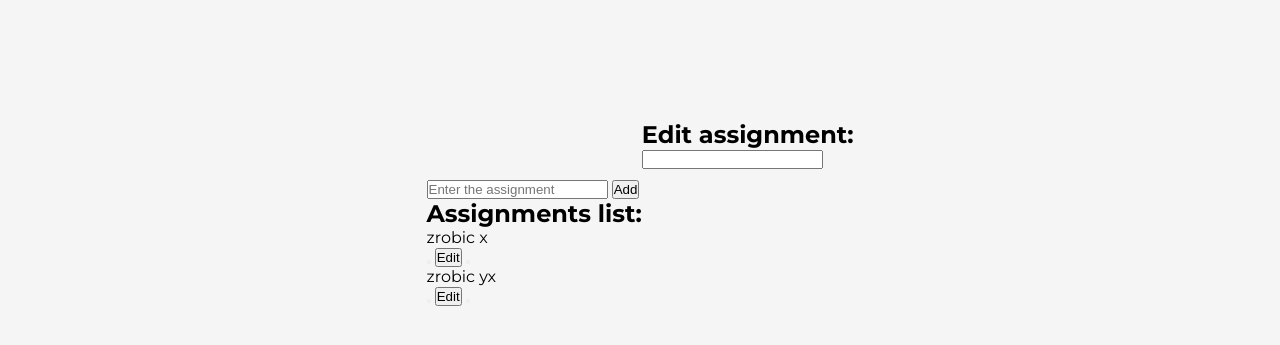
Repository: kimi1723/To-do-app
Page: index.html
These files come from the project's save history. The page is drawn as it stood at one moment and after the next save; the edit follows.
The browser window is 1280 px wide. The pictures show the whole page.
Some web libraries are served in a nearby version.

Above is the page before, as saved 2023-03-31 10:50:04.
Console error: TypeError: Cannot read properties of null (reading 'addEventListener')

### index.html
<!DOCTYPE html>
<html lang="pl">

<head>
    <meta charset="UTF-8">
    <meta name="viewport" content="width=device-width, initial-scale=1.0">
    <meta http-equiv="X-UA-Compatible" content="ie=edge">
    <title>To do app</title>
    <script src="https://kit.fontawesome.com/327a0d490c.js" crossorigin="anonymous"></script>
    <link href="https://fonts.googleapis.com/css?family=Montserrat:400,700&display=swap&subset=latin-ext"
        rel="stylesheet">
    <link rel="stylesheet" href="/dist/css/main.min.css">
</head>

<body>
    <main class="to-do">
        <div class="to-do-header">
            <h1 class="to-do-header__heading">To do app</h1>

            <input type="text" class="to-do-header__input" placeholder="Enter the assignment">
            <button class="to-do-header__add-button">Add</button>
        </div>

        <div class="to-do-assignments">
            <h2 class="to-do-assignments__heading">Assignments list:</h2>

            <div class="to-do-assignment">
                <p class="to-do-assignment__text">zrobic x</p>

                <div class="to-do-buttons">
                    <button class="to-do-buttons__button"></button>
                    <button class="to-do-buttons__button to-do-buttons__button--edit">Edit</button>
                    <button class="to-do-buttons__button"></button>
                </div>
            </div>

            <div class="to-do-assignment">
                <p class="to-do-assignment__text">zrobic yx</p>

                <div class="to-do-buttons">
                    <button class="to-do-buttons__button"></button>
                    <button class="to-do-buttons__button to-do-buttons__button--edit">Edit</button>
                    <button class="to-do-buttons__button"></button>
                </div>
            </div>


        </div>
    </main>

    <div class="to-do-edit-assignment">
        <h2 class="to-do-edit-assignment__heading">Edit assignment:</h2>
        <input type="text" class="to-do-edit-assignment__input">
    </div>

    <script src="/dist/js/app.min.js"></script>
</body>

</html>

Loaded but not shown: dist/css/main.min.css (library); dist/js/app.min.js (library)

After the next save:
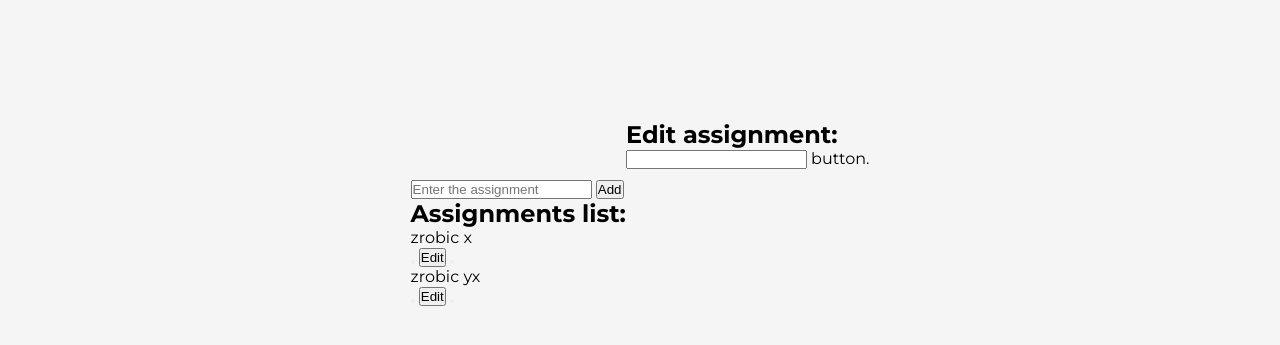
Saved 10 s later.
--- a/index.html
+++ b/index.html
@@ -51,6 +51,7 @@
     <div class="to-do-edit-assignment">
         <h2 class="to-do-edit-assignment__heading">Edit assignment:</h2>
         <input type="text" class="to-do-edit-assignment__input">
+        button.
     </div>
 
     <script src="/dist/js/app.min.js"></script>

After the save that followed:
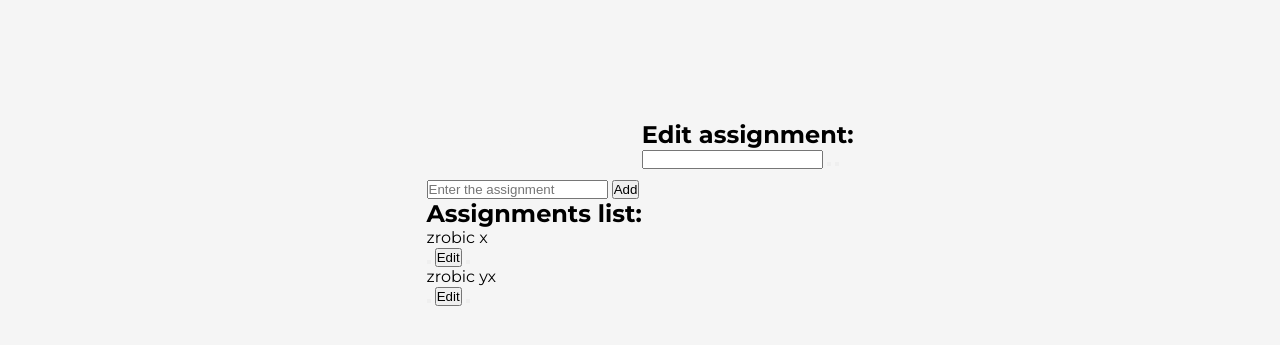
Saved 6 s later.
--- a/index.html
+++ b/index.html
@@ -51,7 +51,8 @@
     <div class="to-do-edit-assignment">
         <h2 class="to-do-edit-assignment__heading">Edit assignment:</h2>
         <input type="text" class="to-do-edit-assignment__input">
-        button.
+        <button class="to-do-edit-assignment__button"></button>
+        <button class="to-do-edit-assignment__button"></button>
     </div>
 
     <script src="/dist/js/app.min.js"></script>
